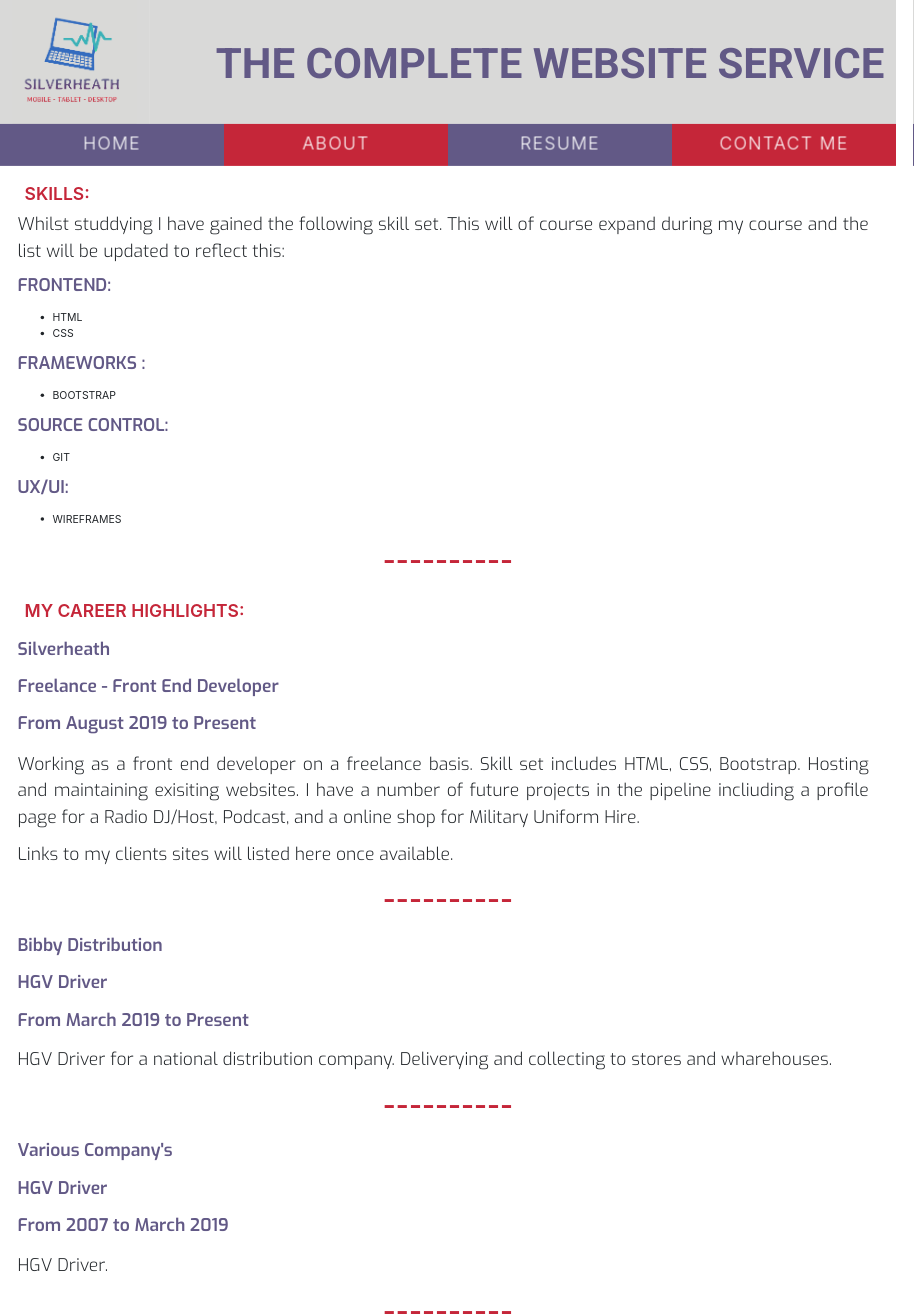
Repository: Code-Institute-Submissions/silverheath
Page: resume.html
The author's editor kept a record of every edit. The page is drawn from the files as they stood at one moment, then again after the next edit.
The browser window is 1280 px wide. The page is 1305 px wide, so the pictures cover 1305 px, including what lies to the right of the window. The pictures show the part of the page from y = 0 to 1880 px (the page is 2973 px tall), at 70% of full size.
Some web libraries are served in a nearby version.

Above is the page before.

After the next edit:
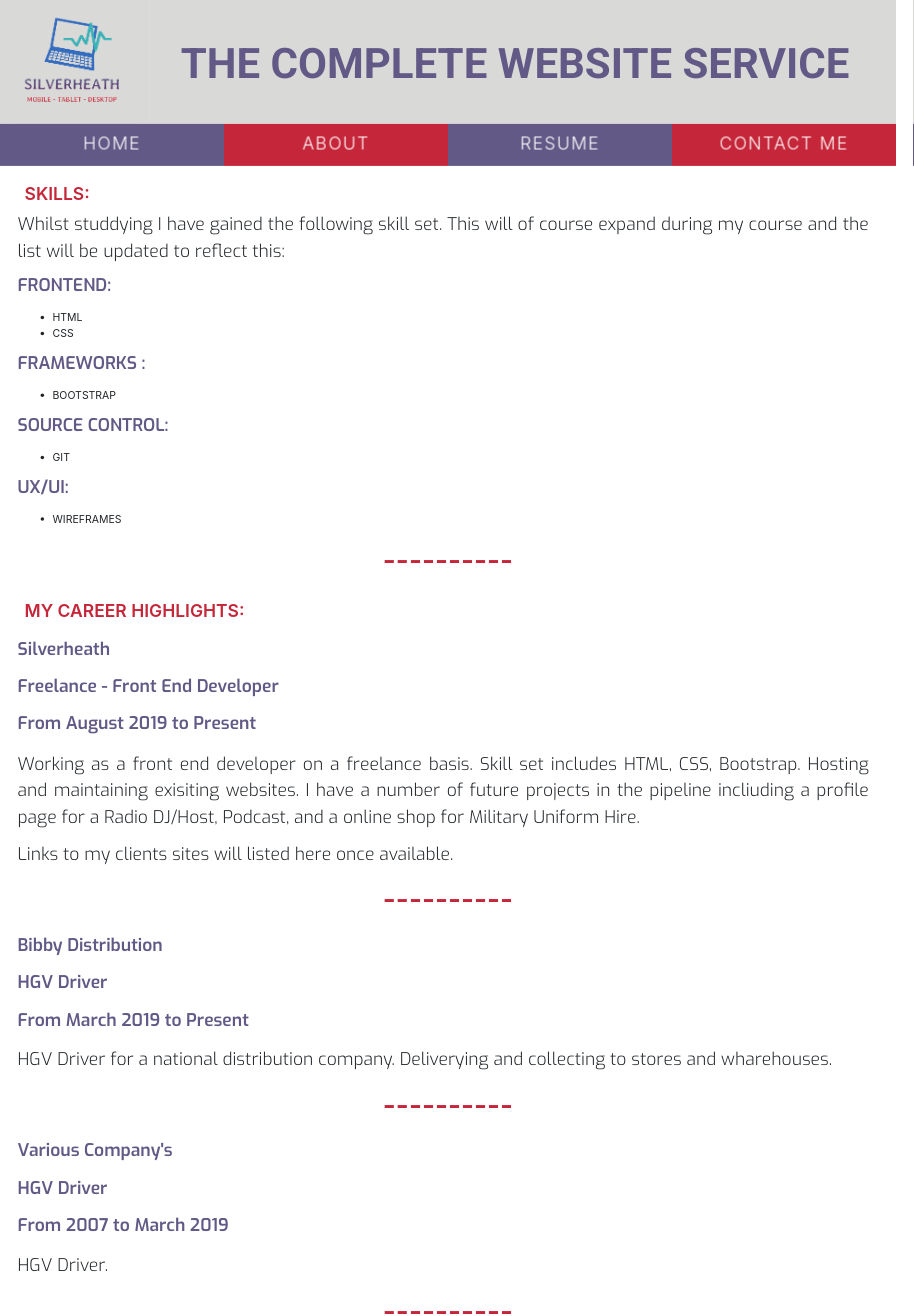
The edit:
--- a/assets/css/style.css
+++ b/assets/css/style.css
@@ -143,7 +143,7 @@
     font-size: 60px;
     margin-top: 25px;
     margin-bottom: 10px;
-    margin-left: 90px;
+    margin-left: 40px;
     color: #625986;
     text-align: left;
 }
